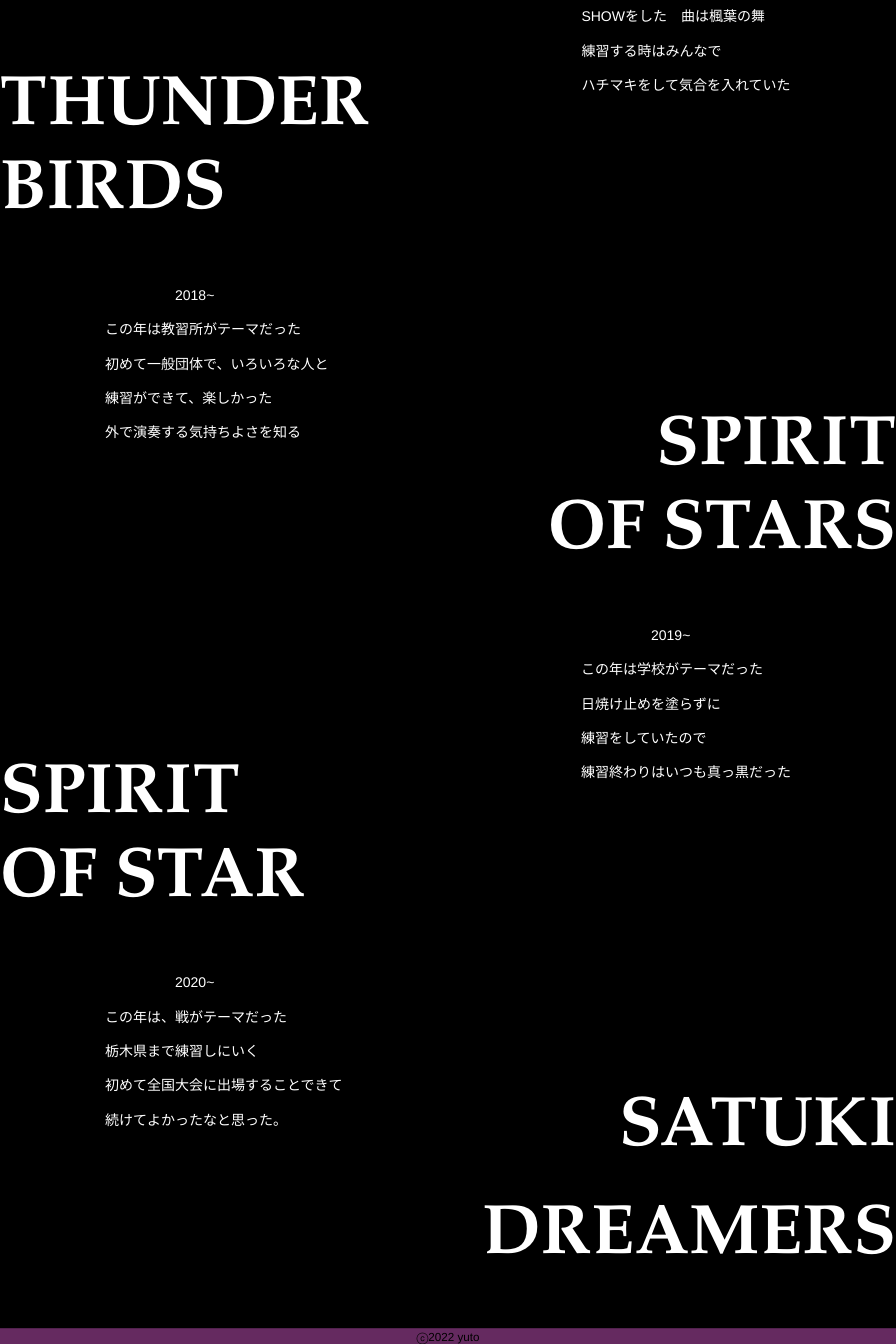
Repository: yutosoma/profile
Page: yuto/marching.html
The author's editor kept a record of every edit. The page is drawn from the files as they stood at one moment, then again after the next edit.
The browser window is 1280 px wide. The pictures show the part of the page from y = 1939 to 3859 px (the page is 3859 px tall before and 3829 px after), at 70% of full size.

Above is the page before.
Console error: TypeError: Cannot read properties of null (reading 'addEventListener')

### yuto/marching.html
<!DOCTYPE html>
<html lang="en">
<head>
    <meta charset="UTF-8">
    <link rel="stylesheet" href="marching.css">
    <meta name="viewport" content="width=device-width, initial-scale=1.0">
    <meta http-equiv="X-UA-Compatible" content="ie=edge">
    <title>マーチング</title>
</head>

<body>
    <h1>MARCHING HISTORY</h1>
    <div class ="top-container-left">
         <P id="fadein1" class="fadein-before"><img src="image/mar1.png" class= "mar1"></P>
         <div class="explanation-left">
           <p>　　　　　2015~</p>
           <p>この年の曲はSMAPのメドレー</p>
           <P>曲中にダンスを取り入れたりして</P>
           <P>見ても楽しい、やっていても楽しい</P>
           <p>SHOWにすることができた</p>

         </div>
   </div>
   <h3 class="left">THUNDER<span class="br"></span> BIRDS</h3>
    <div class ="top-container-right">
         <div class="explanation-right">
          <P>　　　　　2016~</P>
          <P>この年は桜メドレー</P>
          <P>傘など使った演出が好きだった</P>
          <P>一年やって少しは上手くなったと</P>
          <p>感じる瞬間が増えた</p>
         </div>
         <P id="fadein2" class="fadein-before"><img src="image/mar2.png" class= "mar2"></P>
   </div>
   <h3 class="right">THUNDER<span class="br"></span> BIRDS</h3>
    <div class ="top-container-left">
         <P id="fadein3" class="fadein-before"><img src="image/mar3.png" class= "mar3"></P>
         <div class="explanation-left">
           <P>　　　　　2017~</P>
           <P>今年は吹奏楽の曲をアレンジして</P>
           <P>SHOWをした　曲は楓葉の舞</P>
           <P>練習する時はみんなで</P>
           <P>ハチマキをして気合を入れていた</P>
         </div>
   </div>
   <h3 class="left">THUNDER<span class="br"></span> BIRDS</h3>
    <div class ="top-container-right">
         <div class="explanation-right">
          <P>　　　　　2018~</P>
          <P>この年は教習所がテーマだった</P>
          <P>初めて一般団体で、いろいろな人と</P>
          <P>練習ができて、楽しかった</P>
          <p>外で演奏する気持ちよさを知る</p>
         </div>
         <P id="fadein4" class="fadein-before"><img src="image/mar4.png" class= "mar4"></P>
    </div>
   <h3 class="right">SPIRIT<span class="br"></span>OF STARS</h3>

    <div class ="top-container-left">
         <P id="fadein5" class="fadein-before"><img src="image/mar5.png" class= "mar5"></P>
         <div class="explanation-left">
           <P>　　　　　2019~</P>
           <P>この年は学校がテーマだった</P>
           <P>日焼け止めを塗らずに</P>
           <P>練習をしていたので</P>
           <P>練習終わりはいつも真っ黒だった</P>
         </div>
   </div>
   <h3 class="left">SPIRIT<span class="br"></span> OF STAR</h3>
   <div class ="top-container-right">
         <div class="explanation-right">
          <P>　　　　　2020~</P>
          <P>この年は、戦がテーマだった</P>
          <P>栃木県まで練習しにいく</P>
          <P>初めて全国大会に出場することできて</P>
          <p>続けてよかったなと思った。</p>
         </div>
         <P id="fadein6" class="fadein-before"><img src="image/mar6.png" class= "mar6"></P>
    </div>
    <h3 class="right">SATUKI<span class="br"></span>　DREAMERS</h3>

    <script src="marching.js"></script>

   <footer>
        <small>ⓒ2022 yuto<small>
    </footer>

</body>
</html>

### yuto/marching.css
body{
 margin:0;
 background-color: black;
 font-family: 'Avenir','Helvetica Neue','Helvetica','Arial','Hiragino Sans','ヒラギノ角ゴシック',YuGothic,'Yu Gothic','メイリオ', Meiryo,'ＭＳ Ｐゴシック','MS PGothic'
}
.top-container-right {
display: flex;
margin-bottom: 200px;
text-align: right;
}
.top-container-left {
display: flex;
margin-bottom: 200px;
}
.mar1, .mar2, .mar3, .mar4, .mar5, .mar6 {
  padding: 10px;
  width: 50%;
  opacity: 0;
  transition-duration: 0.8s;
}
h1 {
    color: white;
    font-size: 190px;
    text-align: center;
    animation: blink-fast .3s linear infinite;
    font-family:"Book Antiqua";
    margin-bottom: 250px;
}
@keyframes blink-fast {
  0% {
    opacity: 0;
  }
  10% {
    opacity: 1;
  }
}


h3 {
  position: relative;
  bottom: 530px;
  font-size: 130px;
  text-align: center;
  margin-bottom: -420px;
  color: white;
  font-family:"Book Antiqua";
}
.explanation-left {
    color: white;
    position: relative;
    right:150px;
    top:10px;
    font-size: 20px;
    white-space: nowrap;

}
.explanation-right {
    color: white;
    position: relative;
    left:150px;
    top:10px;
    font-size: 20px;
    white-space: nowrap;
    text-align: left;
}
footer {
    margin-top: 30px;
    background-color:#652a60;
    font-color: black;
    font-size: 20px;
    text-align: center;
}

.is-scrollIn {
      opacity: 1;
      transform: translate(0, -100px);
    }

@media screen and (max-width: 1327px) {
  .left {
  position: relative;
  bottom: 530px;
  font-size: 100px;
  text-align: left;
  margin-bottom: -490px;
  color: white;
  font-family:"Book Antiqua";
}
.right {
  position: relative;
  bottom: 530px;
  font-size: 100px;
  text-align: right;
  margin-bottom: -490px;
  color: white;
  font-family:"Book Antiqua";
}
.br::after {
    content: "\A";
    white-space: pre;
}

}

### yuto/marching.js
const FADEIN_ELEM1 = document.getElementById('fadein1');

window.addEventListener('scroll', () => {
    const FADEIN_ELEM_TOP = FADEIN_ELEM1.getBoundingClientRect().top;
    const WINDOW_HEIGHT = window.innerHeight;
    if (WINDOW_HEIGHT > (FADEIN_ELEM_TOP + 200)) {
        FADEIN_ELEM1.classList.add('fadein-after');
    }else{
        FADEIN_ELEM1.classList.remove('fadein-after');
    }
});
/*---------------------------------------------------------*/
const FADEIN_ELEM2 = document.getElementById('fadein2');

window.addEventListener('scroll', () => {
    const FADEIN_ELEM_TOP = FADEIN_ELEM2.getBoundingClientRect().top;
    const WINDOW_HEIGHT = window.innerHeight;
    if (WINDOW_HEIGHT > (FADEIN_ELEM_TOP + 200)) {
        FADEIN_ELEM2.classList.add('fadein-after');
    }else{
        FADEIN_ELEM2.classList.remove('fadein-after');
    }
});
/*---------------------------------------------------------*/
const FADEIN_ELEM3 = document.getElementById('fadein3');

window.addEventListener('scroll', () => {
    const FADEIN_ELEM_TOP = FADEIN_ELEM3.getBoundingClientRect().top;
    const WINDOW_HEIGHT = window.innerHeight;
    if (WINDOW_HEIGHT > (FADEIN_ELEM_TOP + 200)) {
        FADEIN_ELEM3.classList.add('fadein-after');
    }else{
        FADEIN_ELEM3.classList.remove('fadein-after');
    }
});
/*---------------------------------------------------------*/
const FADEIN_ELEM4 = document.getElementById('fadein4');

window.addEventListener('scroll', () => {
    const FADEIN_ELEM_TOP = FADEIN_ELEM4.getBoundingClientRect().top;
    const WINDOW_HEIGHT = window.innerHeight;
    if (WINDOW_HEIGHT > (FADEIN_ELEM_TOP + 200)) {
        FADEIN_ELEM4.classList.add('fadein-after');
    }else{
        FADEIN_ELEM4.classList.remove('fadein-after');
    }
});
/*---------------------------------------------------------*/
const FADEIN_ELEM5 = document.getElementById('fadein5');

window.addEventListener('scroll', () => {
    const FADEIN_ELEM_TOP = FADEIN_ELEM5.getBoundingClientRect().top;
    const WINDOW_HEIGHT = window.innerHeight;
    if (WINDOW_HEIGHT > (FADEIN_ELEM_TOP + 200)) {
        FADEIN_ELEM5.classList.add('fadein-after');
    }else{
        FADEIN_ELEM5.classList.remove('fadein-after');
    }
});
/*---------------------------------------------------------*/
const FADEIN_ELEM6 = document.getElementById('fadein6');

window.addEventListener('scroll', () => {
    const FADEIN_ELEM_TOP = FADEIN_ELEM6.getBoundingClientRect().top;
    const WINDOW_HEIGHT = window.innerHeight;
    if (WINDOW_HEIGHT > (FADEIN_ELEM_TOP + 200)) {
        FADEIN_ELEM6.classList.add('fadein-after');
    }else{
        FADEIN_ELEM6.classList.remove('fadein-after');
    }
});
/*---------------------------------------------------------*/
const scroll_to_top_btn = document.querySelector('#scroll-to-top-btn');
scroll_to_top_btn.addEventListener( 'click' , scroll_to_top );

function scroll_to_top(){
	window.scroll({top: 0, behavior: 'smooth'});
};

window.addEventListener( 'scroll' , scroll_event );

function scroll_event(){

	if(window.pageYOffset > 400){
		scroll_to_top_btn.style.opacity = '1';
	}else	if(window.pageYOffset < 400){
		scroll_to_top_btn.style.opacity = '0';
	}

};

After the next edit:
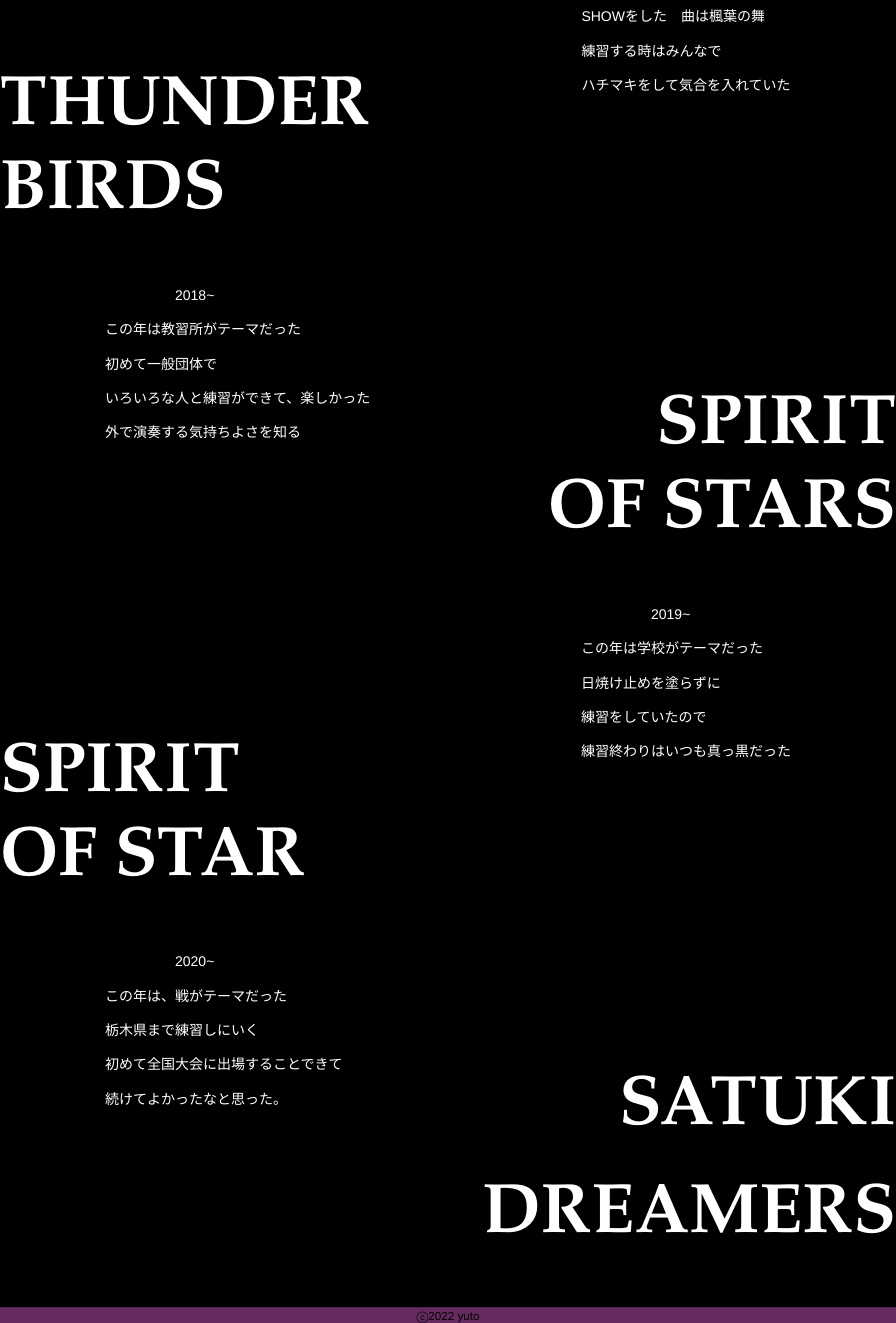
The edit:
--- a/yuto/marching.html
+++ b/yuto/marching.html
@@ -48,8 +48,8 @@
          <div class="explanation-right">
           <P>　　　　　2018~</P>
           <P>この年は教習所がテーマだった</P>
-          <P>初めて一般団体で、いろいろな人と</P>
-          <P>練習ができて、楽しかった</P>
+          <P>初めて一般団体で</P>
+          <P>いろいろな人と練習ができて、楽しかった</P>
           <p>外で演奏する気持ちよさを知る</p>
          </div>
          <P id="fadein4" class="fadein-before"><img src="image/mar4.png" class= "mar4"></P>
